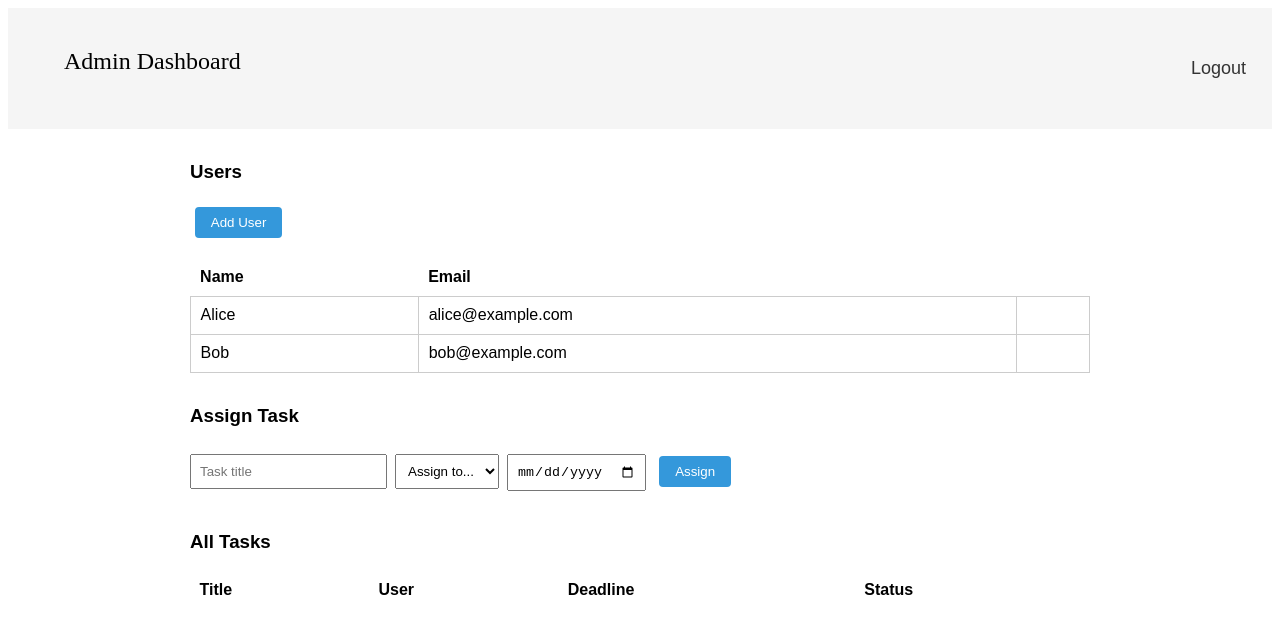
Repository: Edmund-Kiama/todoPHP
Page: /admin (app in task-manager-frontend/)
An editor plug-in stored every save of this project. The page is shown before and after the next save, followed by the edit.
The browser window is 1280 px wide. The pictures show the whole page.
The project was rebuilt for these pictures with package versions that can differ from the ones it lists, and the page was loaded fresh each time. Also part of the build but not shown: task-manager-frontend/vite.config.js, task-manager-frontend/src/components/Login/login.css, task-manager-frontend/src/components/Login/Login.vue, task-manager-frontend/src/components/User/UserDashboard.vue.

Above is the page before, as saved 2025-07-12 21:19:26.

After the next save:
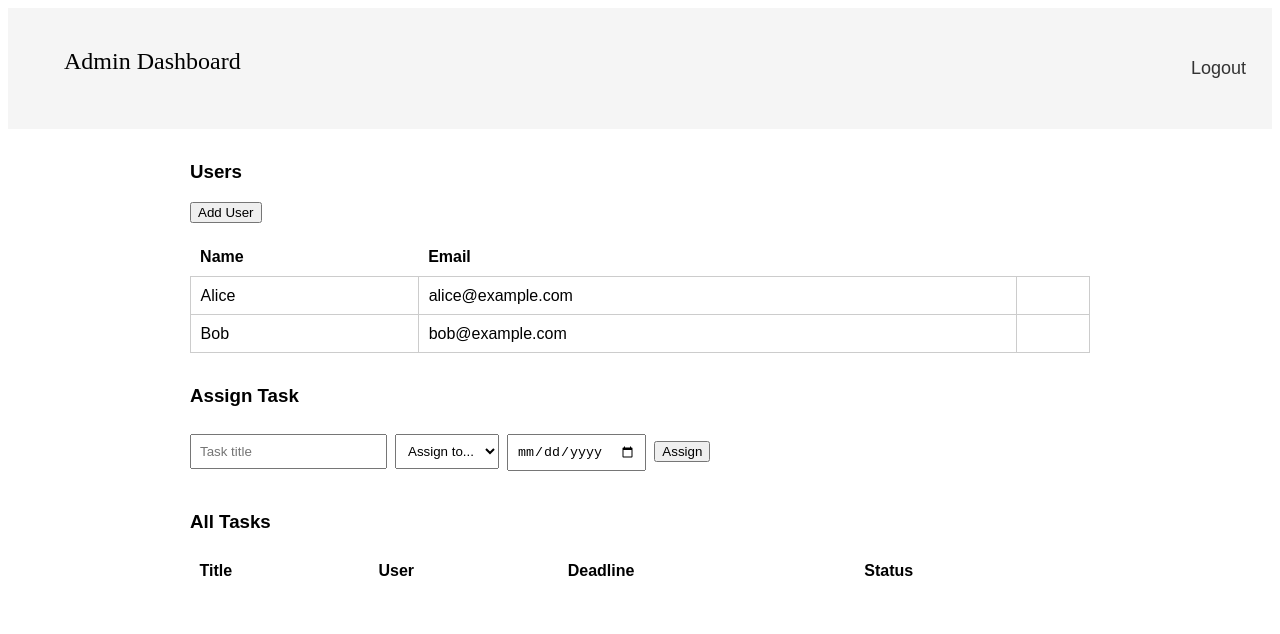
Saved 67 s later.
--- a/task-manager-frontend/src/components/Admin/admin.css
+++ b/task-manager-frontend/src/components/Admin/admin.css
@@ -8,13 +8,13 @@
   margin-top: 2rem;
 }
 .admin-dashboard button {
-  margin: 0.3rem;
+  /* margin: 0.3rem;
   padding: 0.5rem 1rem;
   background: #3498db;
   color: white;
   border: none;
   border-radius: 4px;
-  cursor: pointer;
+  cursor: pointer; */
 }
 
 .admin-dashboard table {
